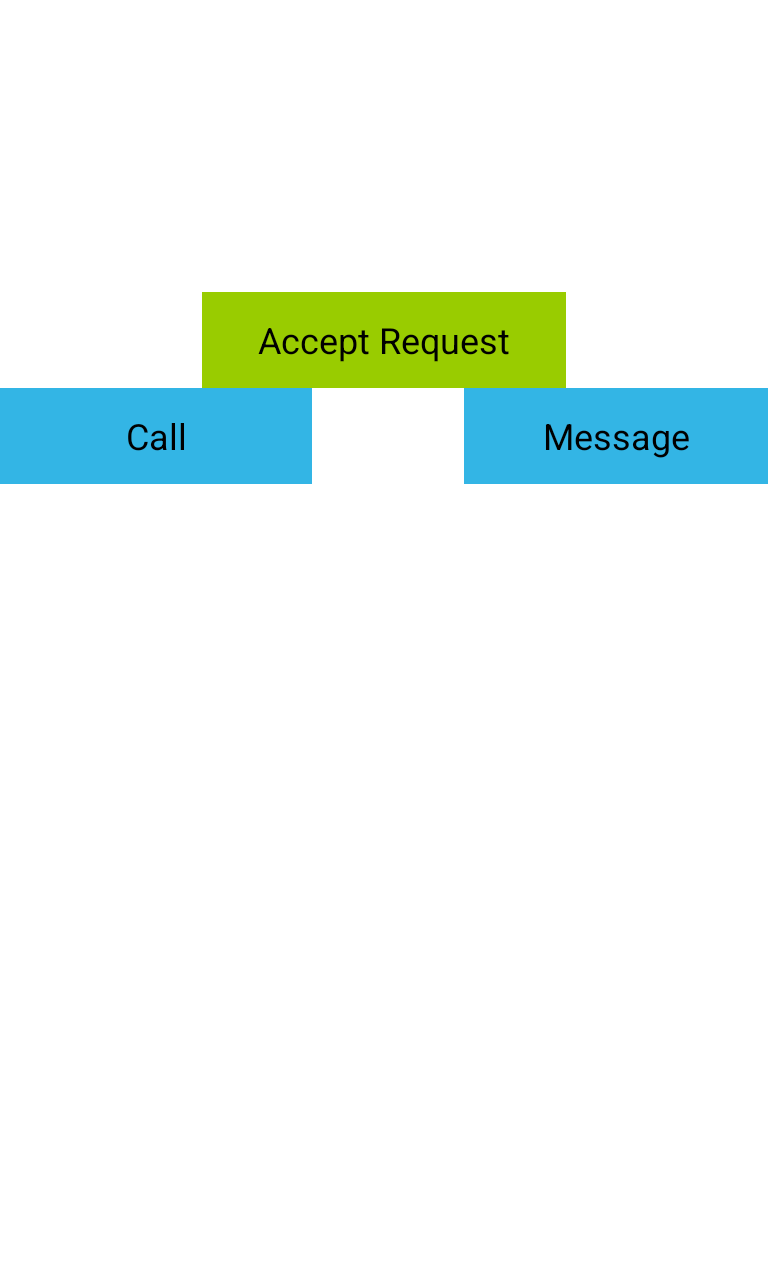
Repository: srivast6/SafeWalk
Layout: android/SafeWalk/res/layout/pop_up.xml
An editor plug-in stored every save of this project. The layout is shown before and after the next save, followed by the edit.
It is drawn on a 768 x 1280 px phone screen (xhdpi) without system bars, with theme android:Theme.Holo.Light; the app's code is not run.

Above is the layout before, as saved 2013-11-20 15:51:15.

After the next save:
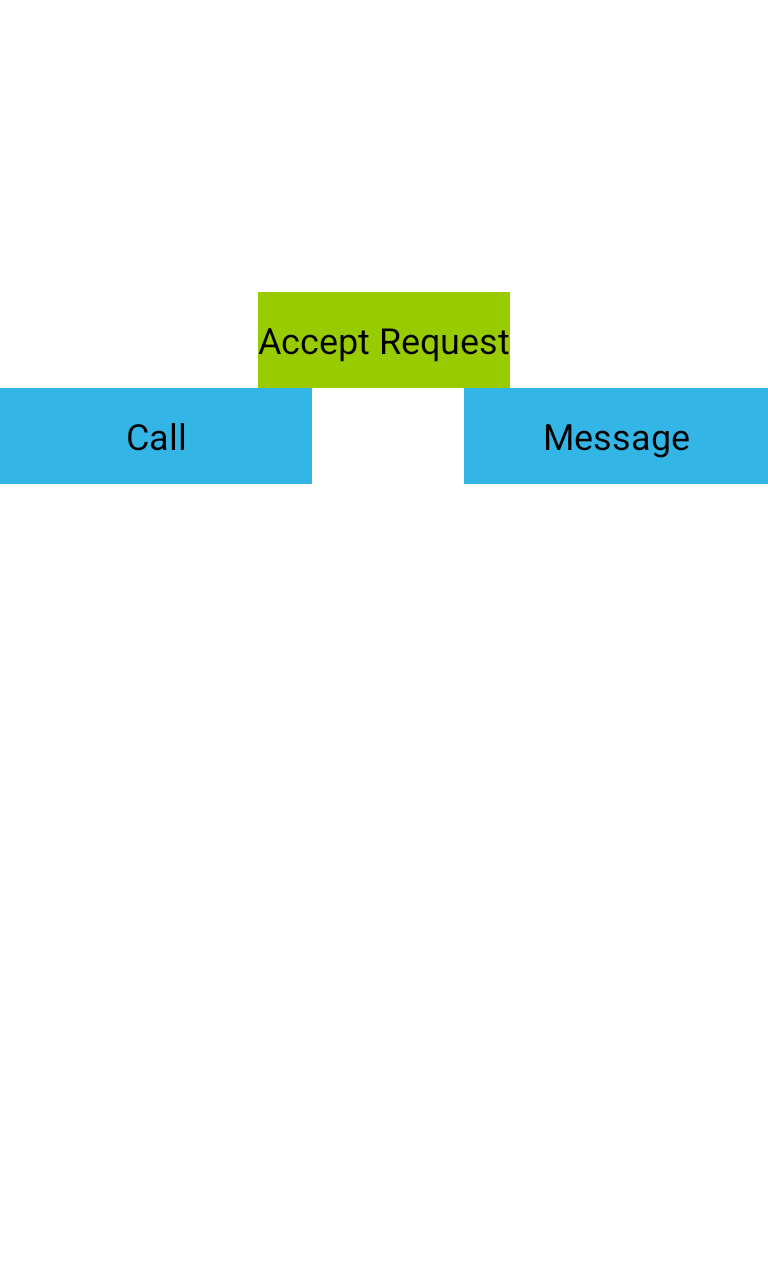
Saved 34 s later.
--- a/android/SafeWalk/res/layout/pop_up.xml
+++ b/android/SafeWalk/res/layout/pop_up.xml
@@ -14,7 +14,7 @@
 
         <Button
             android:id="@+id/AcceptButton"
-            android:layout_width="182dp"
+            android:layout_width="match_parent"
             android:layout_height="wrap_content"
             android:layout_marginTop="56dp"
             android:background="@android:color/holo_green_light"

After the save that followed:
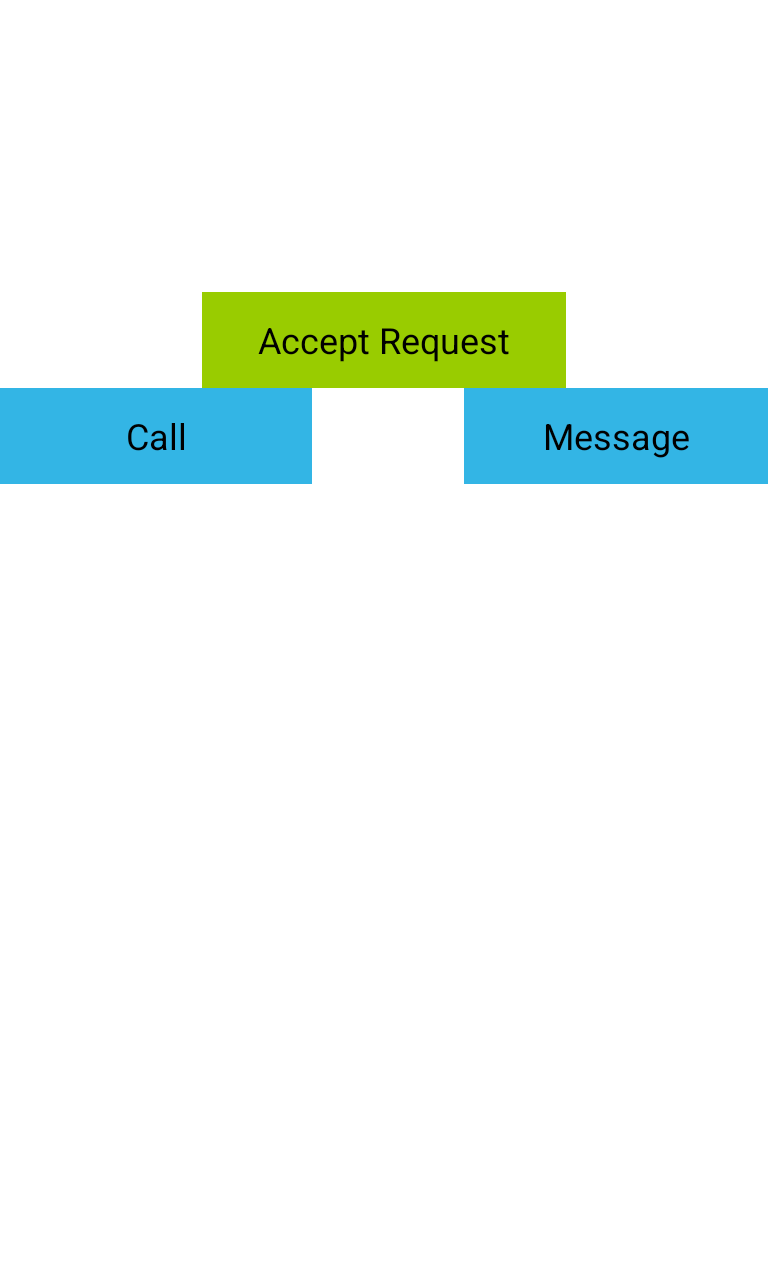
Saved 22 s later.
--- a/android/SafeWalk/res/layout/pop_up.xml
+++ b/android/SafeWalk/res/layout/pop_up.xml
@@ -14,8 +14,8 @@
 
         <Button
             android:id="@+id/AcceptButton"
-            android:layout_width="match_parent"
-            android:layout_height="wrap_content"
+            android:layout_width="182dp"
+            android:layout_height="match_parent"
             android:layout_marginTop="56dp"
             android:background="@android:color/holo_green_light"
             android:text="Accept Request" />
